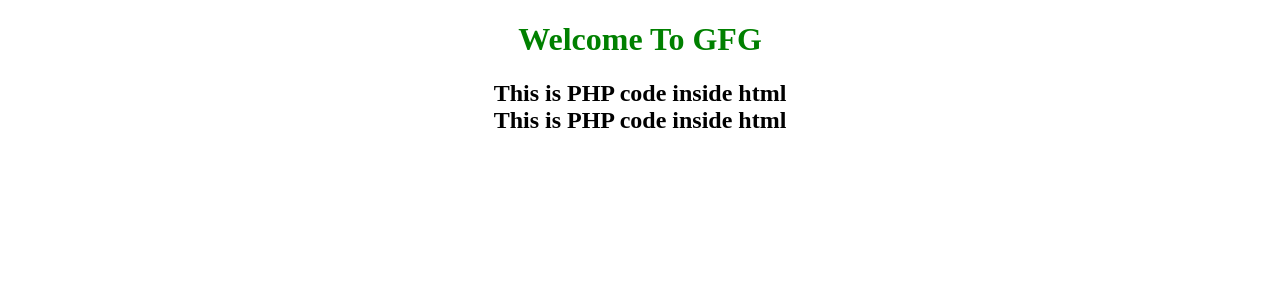
Repository: joyelmk/phpprojectgh
Page: http://localhost/example1.php
These files come from the project's save history. The page is drawn as it stood at one moment and after the next save; the edit follows.
The browser window is 1280 px wide. The pictures show the whole page.
The page is run by PHP 8.4 with error messages shown; the project is at /var/www/html/.

Above is the page before, as saved 2022-12-14 11:05:57.

### example1.php

<!DOCTYPE html>
<html>

<head>
    <style>
        h1 {
            color: green;
        }
    </style>
</head>

<body>
    <center>
        <h1>Welcome To GFG</h1>

        <h2>
            <?php
            echo "This is PHP code inside html<br>";
            echo "This is PHP code inside html<br>";

            ?>
        </h2>
    </center>
</body>

</html>

After the next save:
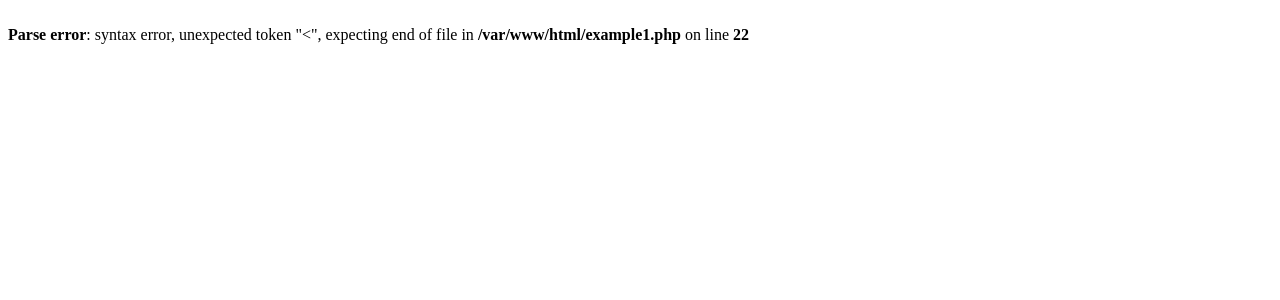
Saved 3 min 51 s later.
--- a/example1.php
+++ b/example1.php
@@ -19,6 +19,12 @@
             echo "This is PHP code inside html<br>";
             echo "This is PHP code inside html<br>";
 
+            <br><br>
+            <?php
+            echo 'Explore, learn and grow.'
+            ?>
+            </p>
+
             ?>
         </h2>
     </center>

After the save that followed:
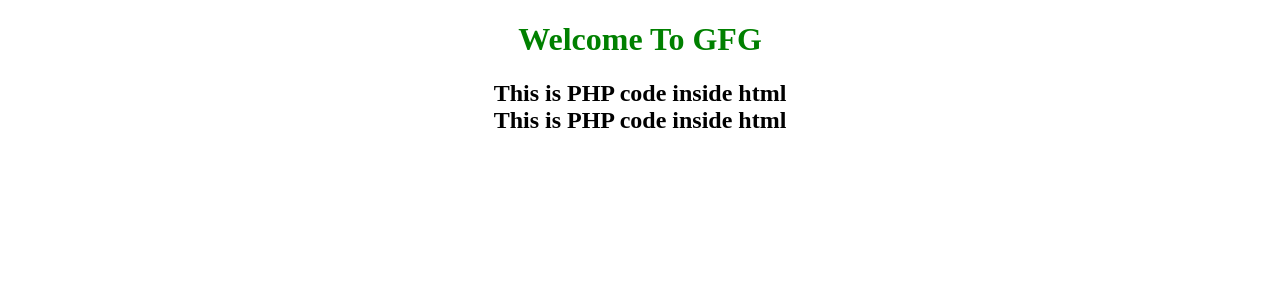
Saved 7 s later.
--- a/example1.php
+++ b/example1.php
@@ -19,11 +19,7 @@
             echo "This is PHP code inside html<br>";
             echo "This is PHP code inside html<br>";
 
-            <br><br>
-            <?php
-            echo 'Explore, learn and grow.'
-            ?>
-            </p>
+
 
             ?>
         </h2>
